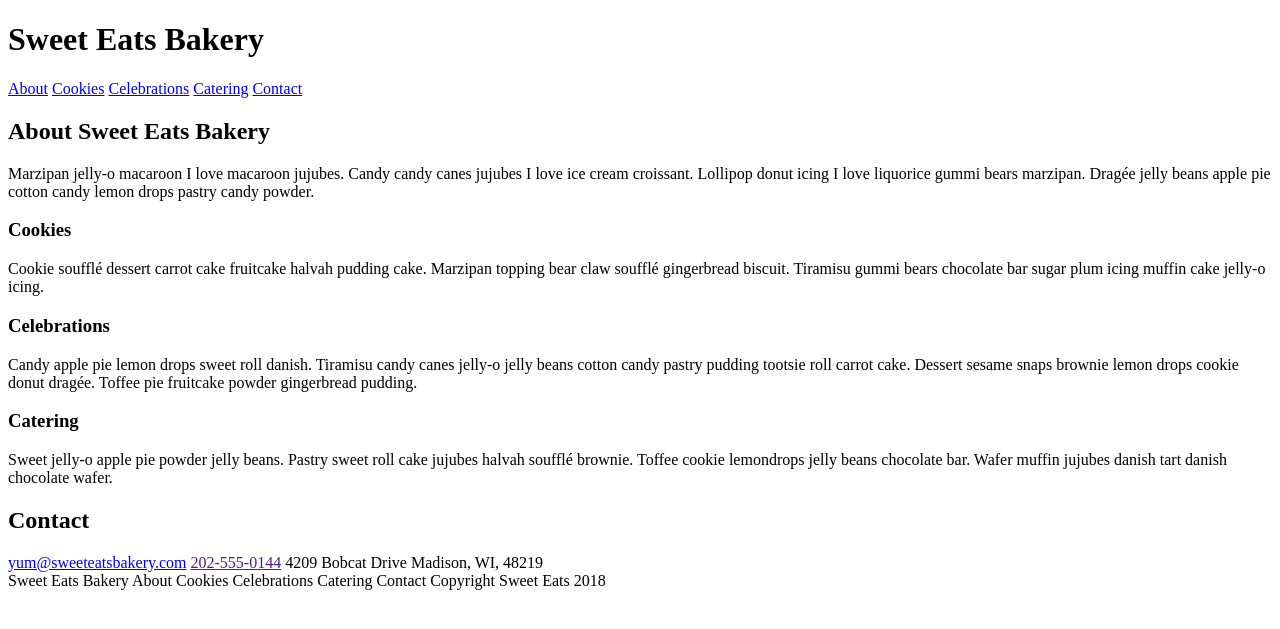
Repository: yoshimario/web-module-challenge-user-interface
Page: index.html
These files come from the project's save history. The page is drawn as it stood at one moment and after a run of saves; the edit follows.
The browser window is 1280 px wide. The pictures show the whole page.
Some web fonts or font styles are not loaded; a fallback is used.

Above is the page before, as saved 2023-05-15 00:25:49.

After the next 2 saves:
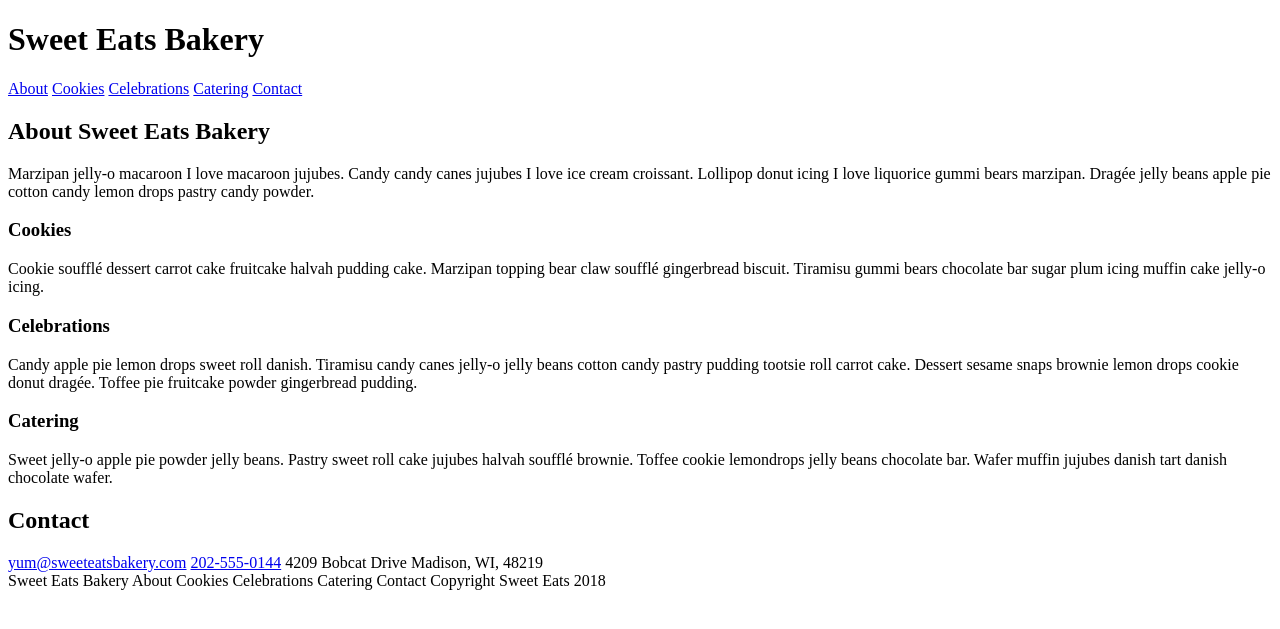
The 2 saves are shown as one change because they came seconds apart.
The last was saved 6 s later.
--- a/index.html
+++ b/index.html
@@ -59,7 +59,7 @@ lemondrops jelly beans chocolate bar. Wafer muffin jujubes danish tart danish ch
 <h2>Contact</h2>
 
 <a href="mailto:yum@sweeteatsbakery.com">yum@sweeteatsbakery.com</a>
-<a href>202-555-0144</a>
+<a href="tel">202-555-0144</a>
 4209 Bobcat Drive
 Madison, WI, 48219
 </section>
